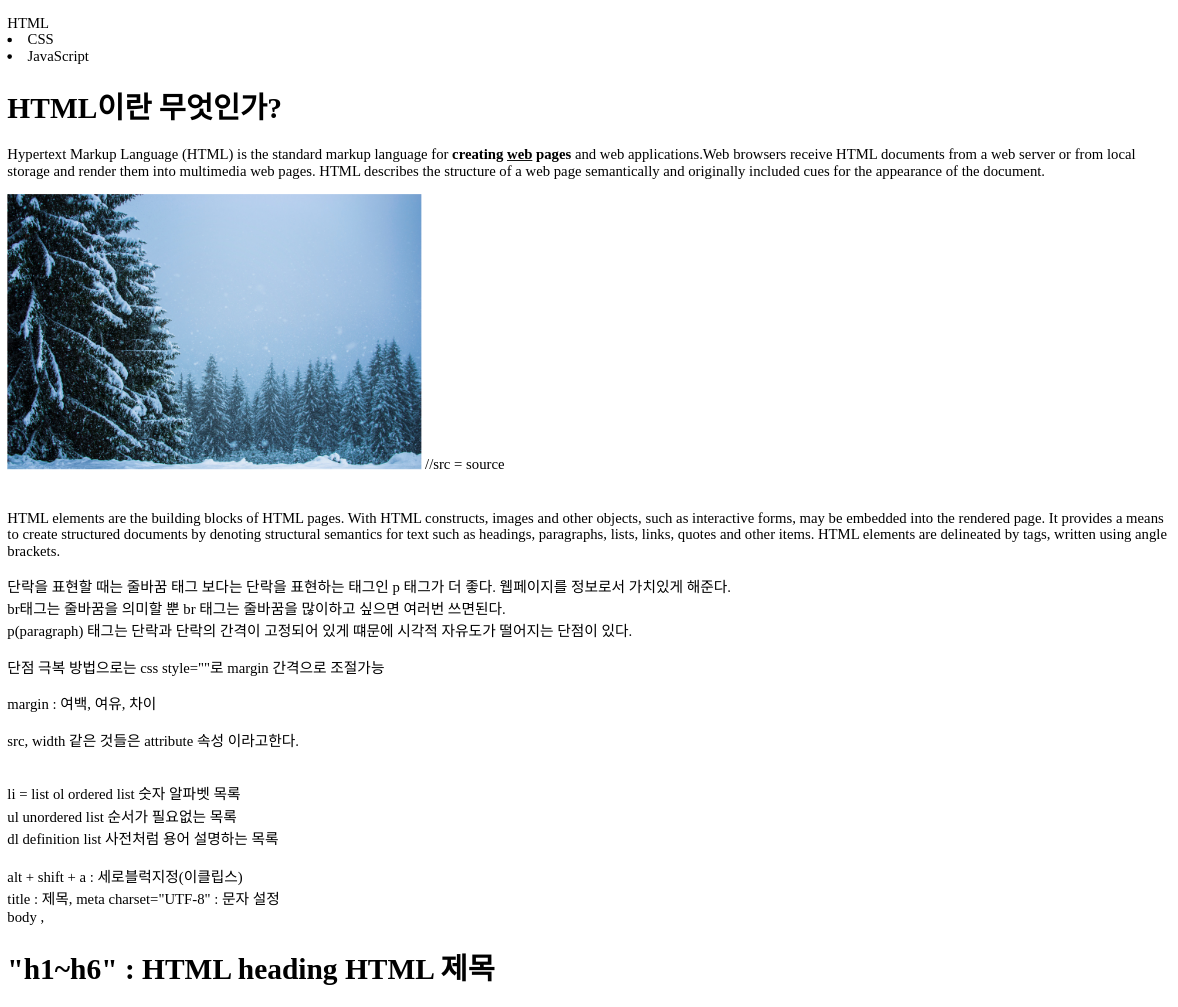
Repository: winterer4/Web-1
Page: HTML5/1.html
The author's editor kept a copy of each file at every save. The page is drawn from the files as they stood at one save, then again after the next save.
The browser window is 1280 px wide. The pictures show the whole page, at 92% of full size.

Above is the page before, as saved 2018-10-29 05:23:47.

### HTML5/1.html
<!DOCTYPE html>
<html>
<head>
<meta charset="UTF-8">
<title>WEB 1  - HTML</title>
</head>
<body>
<dl>
	<li:before { content: counters(item, ".") " "; counter-increment: item }
>HTML      </li:before { content: counters(item, ".") " "; counter-increment: item }
>
	<li>CSS       </li>
	<li>JavaScript</li>
</dl>

	<h1>HTML이란 무엇인가?</h1>
	<p>
		Hypertext Markup Language (HTML) is the standard markup language for <strong>creating
			<u>web</u> pages
		</strong> and web applications.Web browsers receive HTML documents from a web
		server or from local storage and render them into multimedia web
		pages. HTML describes the structure of a web page semantically and
		originally included cues for the appearance of the document.
	</p>
	<img src ="one.jpg" width="450">
	//src = source
	<p style="margin-top: 40px;">HTML elements are the building blocks
		of HTML pages. With HTML constructs, images and other objects, such as
		interactive forms, may be embedded into the rendered page. It provides
		a means to create structured documents by denoting structural
		semantics for text such as headings, paragraphs, lists, links, quotes
		and other items. HTML elements are delineated by tags, written using
		angle brackets.</p>







	단락을 표현할 때는 줄바꿈 태그 보다는 단락을 표현하는 태그인 p 태그가 더 좋다. 웹페이지를 정보로서 가치있게 해준다.
	<br> br태그는 줄바꿈을 의미할 뿐 br 태그는 줄바꿈을 많이하고 싶으면 여러번 쓰면된다.
	<br> p(paragraph) 태그는 단락과 단락의 간격이 고정되어 있게 떄문에 시각적 자유도가 떨어지는 단점이 있다.
	<p> 단점 극복 방법으로는 css style=""로 margin 간격으로 조절가능</p>
	 margin : 여백, 여유, 차이
	 <p> src, width 같은 것들은 attribute 속성 이라고한다.</p>
	 <br>li = list
	 ol ordered list 숫자 알파벳 목록<br>
	 ul unordered list 순서가 필요없는 목록<br>
	 dl definition list 사전처럼 용어 설명하는 목록<br>
	  <br>alt + shift + a : 세로블럭지정(이클립스)
	  <br> title : 제목, meta charset="UTF-8" : 문자 설정
	  <br> body ,


</body>

<h1>"h1~h6" : HTML heading HTML 제목</h1>




</html>

After the next save:
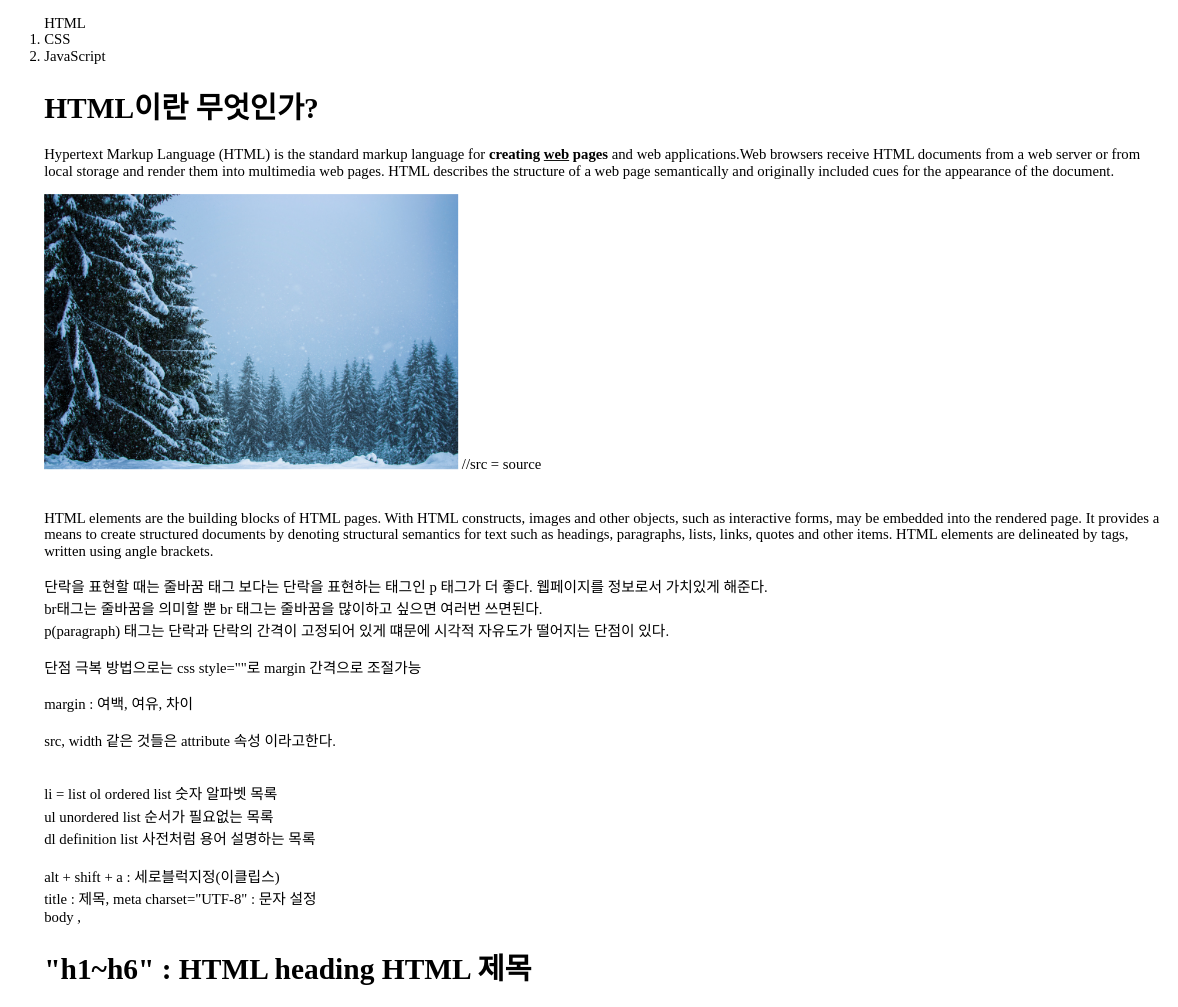
Saved 14 s later.
--- a/HTML5/1.html
+++ b/HTML5/1.html
@@ -5,7 +5,7 @@
 <title>WEB 1  - HTML</title>
 </head>
 <body>
-<dl>
+<ol>
 	<li:before { content: counters(item, ".") " "; counter-increment: item }
 >HTML      </li:before { content: counters(item, ".") " "; counter-increment: item }
 >

After the save that followed:
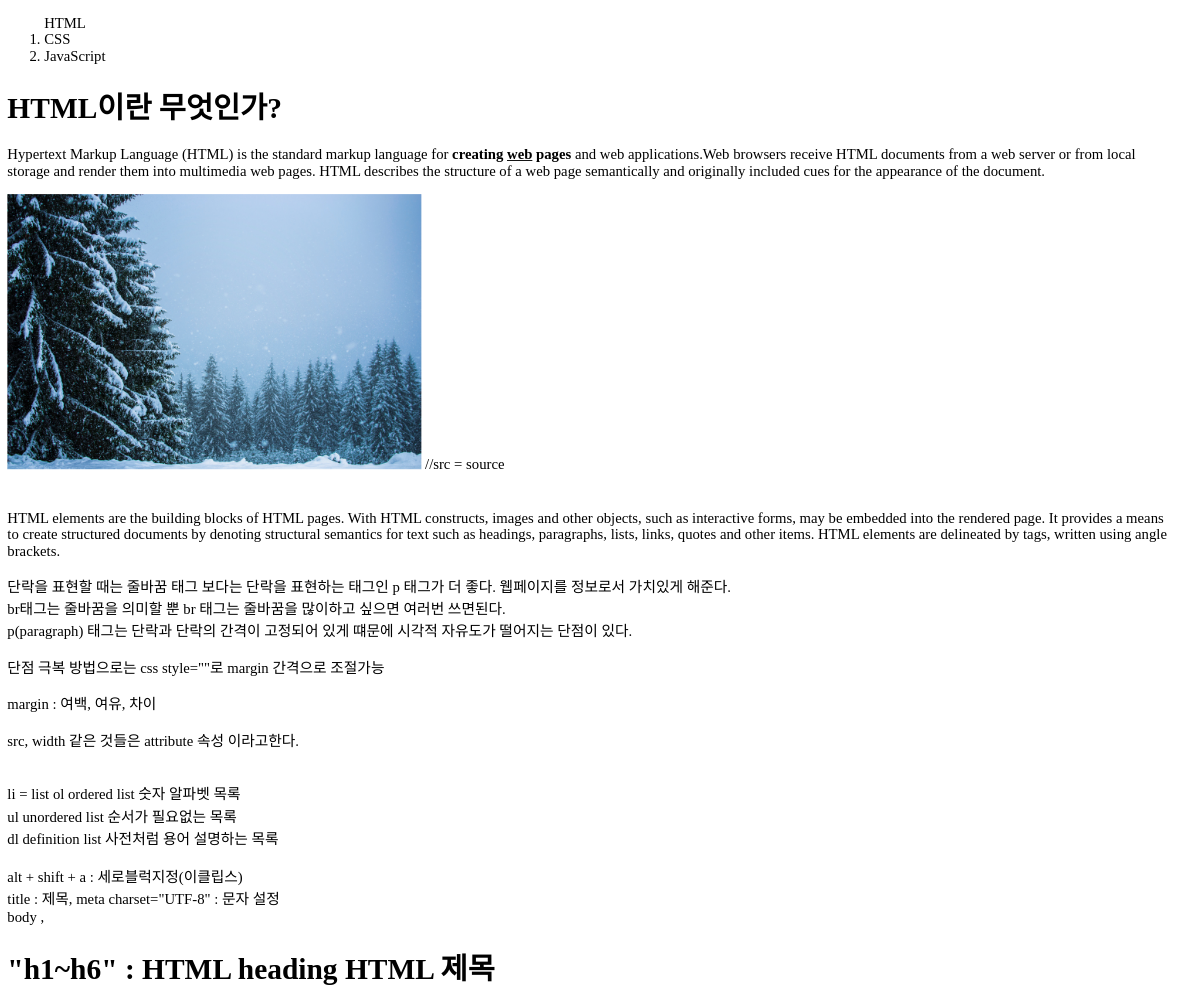
Saved 3 s later.
--- a/HTML5/1.html
+++ b/HTML5/1.html
@@ -11,7 +11,7 @@
 >
 	<li>CSS       </li>
 	<li>JavaScript</li>
-</dl>
+</ol>
 
 	<h1>HTML이란 무엇인가?</h1>
 	<p>
